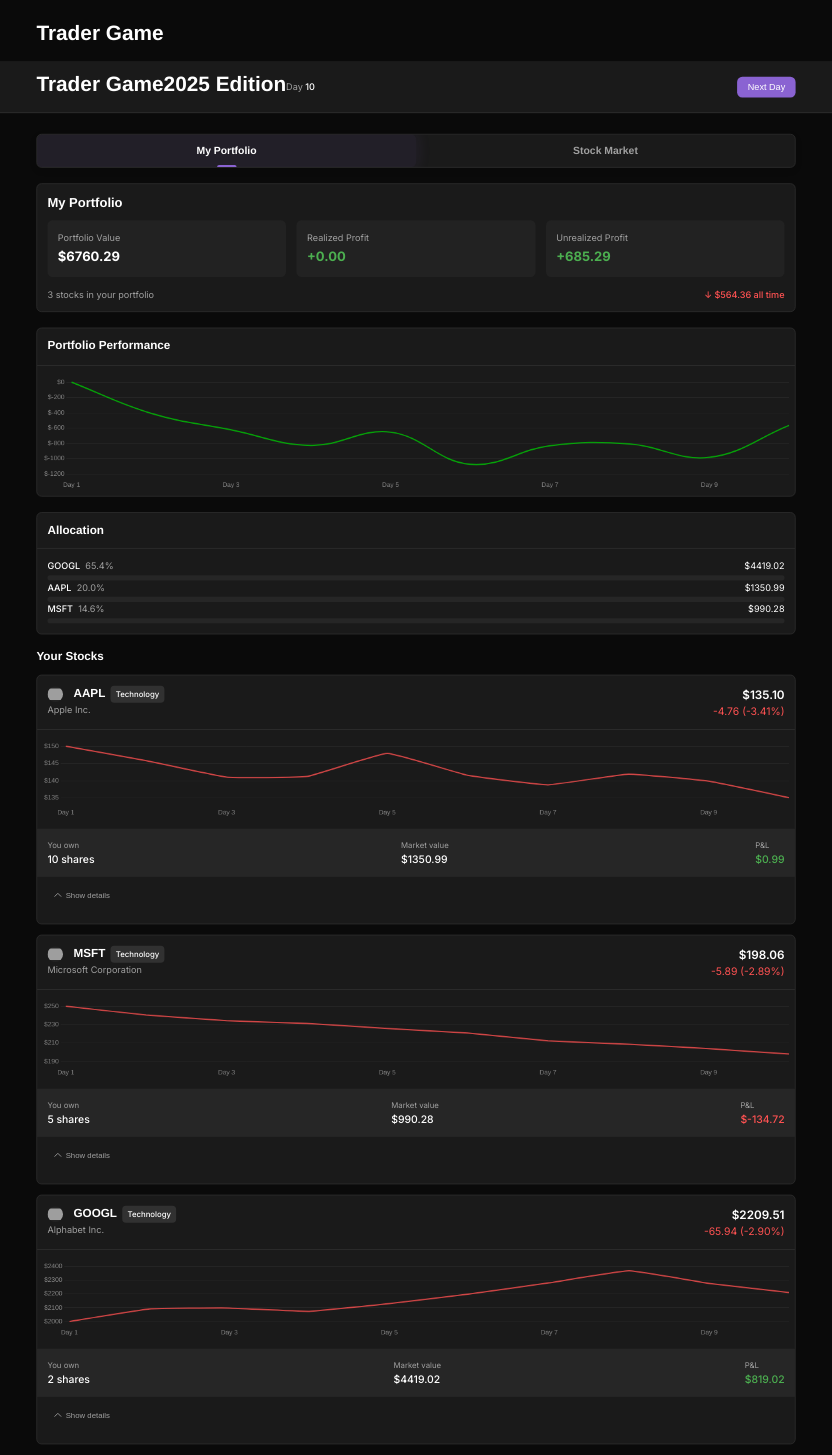
Repository: jp-valino/tradergame
Page: / (app in web-ui/)
These files come from the project's save history. The page is drawn as it stood at one moment and after the next save; the edit follows.
The browser window is 1280 px wide. The pictures show the whole page, at 65% of full size.
Pictures or frames that could not be fetched are drawn as grey boxes. Some web fonts or font styles are not loaded; a fallback is used. The project was rebuilt for these pictures with package versions that can differ from the ones it lists, and the page was loaded fresh each time. Also part of the build but not shown: web-ui/src/components/StockMarket.tsx.

Above is the page before, as saved 2025-03-14 20:44:38.

After the next save:
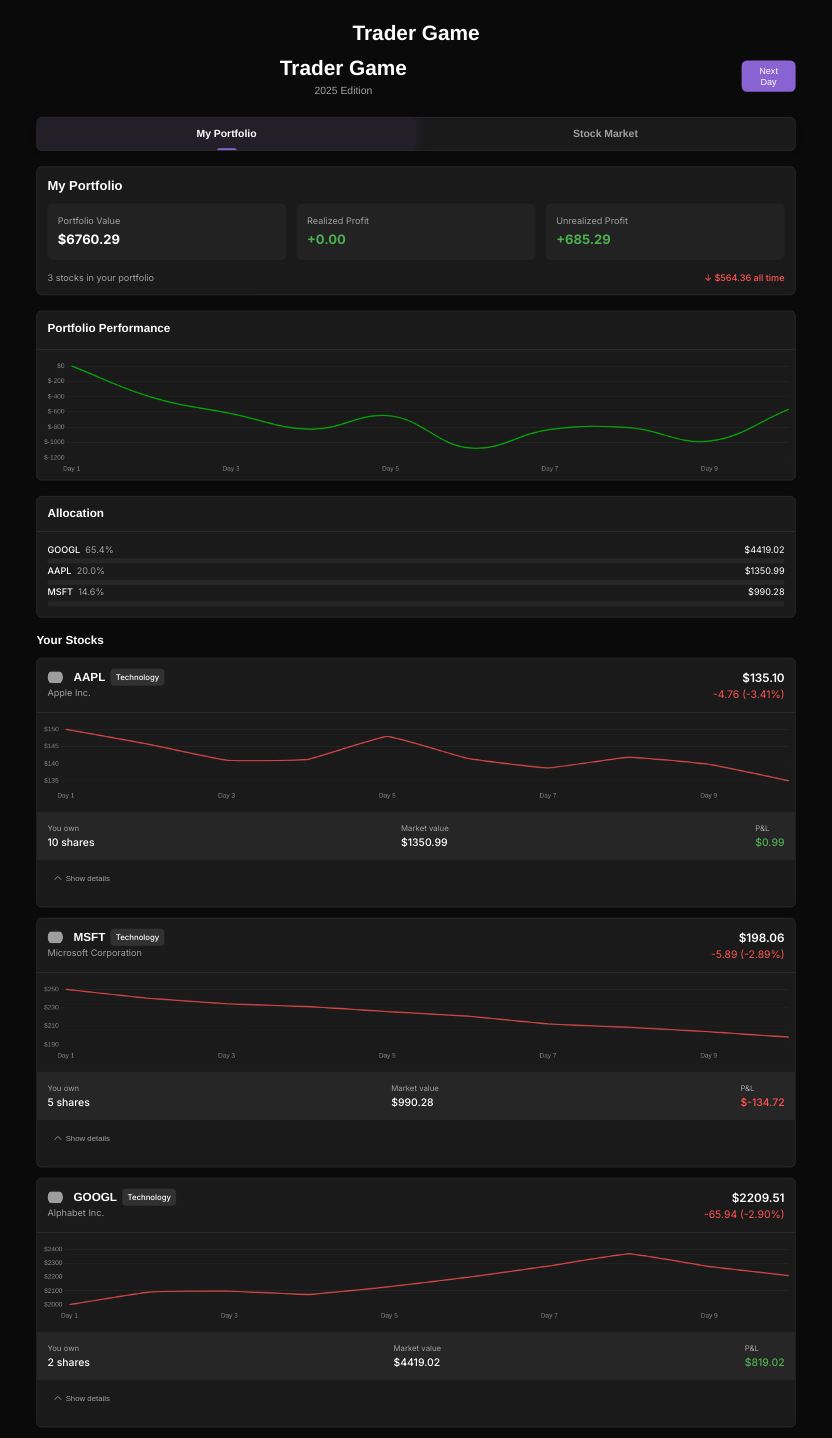
Saved 23 s later.
--- a/web-ui/src/styles/index.css
+++ b/web-ui/src/styles/index.css
@@ -458,36 +458,136 @@
 /* Header styles */
 .site-header {
   padding: var(--spacing-xl) 0 var(--spacing-md);
-  transition: all 0.3s ease;
-}
-
-.site-header.scrolled {
-  padding: var(--spacing-md) 0;
+  transition: all 0.3s cubic-bezier(0.16, 1, 0.3, 1);
   position: sticky;
   top: 0;
   z-index: 100;
-  background-color: rgba(10, 10, 10, 0.8);
+}
+
+.site-header.scrolled {
+  padding: var(--spacing-md) 0;
+  background-color: rgba(10, 10, 10, 0.85);
   backdrop-filter: blur(10px);
-  border-bottom: 1px solid var(--color-border);
-}
-
-.site-header.scrolled .site-title {
-  font-size: var(--font-size-xl);
+  border-bottom: none;
+}
+
+.site-header.scrolled::after {
+  content: '';
+  position: absolute;
+  bottom: -10px;
+  left: 0;
+  right: 0;
+  height: 10px;
+  background: linear-gradient(to bottom, rgba(10, 10, 10, 0.5), rgba(10, 10, 10, 0));
+  pointer-events: none;
+}
+
+.site-branding {
+  display: flex;
+  align-items: center;
+  margin-right: 2rem;
+  transition: all 0.3s cubic-bezier(0.16, 1, 0.3, 1);
+}
+
+.site-logo {
+  display: flex;
+  align-items: center;
+  position: relative;
+}
+
+.header-icon {
+  margin-right: 0.75rem;
+  color: var(--color-text-primary);
+  opacity: 0;
+  transform: translateX(-10px);
+  transition: all 0.3s cubic-bezier(0.16, 1, 0.3, 1);
+}
+
+.scrolled .header-icon {
+  opacity: 1;
+  transform: translateX(0);
+}
+
+.header-icon .accent-stroke {
+  stroke: var(--color-accent);
 }
 
 .site-title {
   font-family: var(--font-family-heading);
+  font-weight: 700;
+  color: var(--color-text-primary);
+  transition: all 0.3s cubic-bezier(0.16, 1, 0.3, 1);
+  display: flex;
+  flex-direction: column;
+  align-items: center;
+  margin: 0;
+  position: relative;
+}
+
+.scrolled .site-title {
+  flex-direction: row;
+  align-items: baseline;
+}
+
+.title-main {
   font-size: var(--font-size-3xl);
-  font-weight: 700;
-  color: var(--color-text-primary);
-  transition: all 0.3s ease;
-  margin-bottom: var(--spacing-sm);
+  transition: all 0.3s cubic-bezier(0.16, 1, 0.3, 1);
+  position: relative;
+}
+
+.scrolled .title-main {
+  font-size: var(--font-size-xl);
+}
+
+.title-edition {
+  font-size: var(--font-size-md);
+  color: var(--color-text-secondary);
+  font-weight: 500;
+  transition: all 0.3s cubic-bezier(0.16, 1, 0.3, 1);
+  opacity: 1;
+  margin-top: 0.25rem;
+}
+
+.scrolled .title-edition {
+  opacity: 0;
+  width: 0;
+  height: 0;
+  margin: 0;
+  font-size: 0;
+  overflow: hidden;
+}
+
+.header-content {
+  transition: all 0.3s cubic-bezier(0.16, 1, 0.3, 1);
+  width: 100%;
+  justify-content: center;
+}
+
+.scrolled .header-content {
+  justify-content: flex-start;
+}
+
+.trading-day {
+  opacity: 0;
+  transform: translateX(-20px);
+  transition: all 0.3s cubic-bezier(0.16, 1, 0.3, 1);
+  visibility: hidden;
+}
+
+.scrolled .trading-day {
+  opacity: 1;
+  transform: translateX(0);
+  visibility: visible;
 }
 
 .app-header {
-  background-color: var(--color-card-bg);
-  border-bottom: 1px solid var(--color-border);
-  padding: var(--spacing-md) 0;
+  background-color: transparent;
+  transition: all 0.3s cubic-bezier(0.16, 1, 0.3, 1);
+  position: relative;
+}
+
+.app-header.scrolled {
+  background-color: transparent;
 }
 
 /* Market chart toggle styles */
